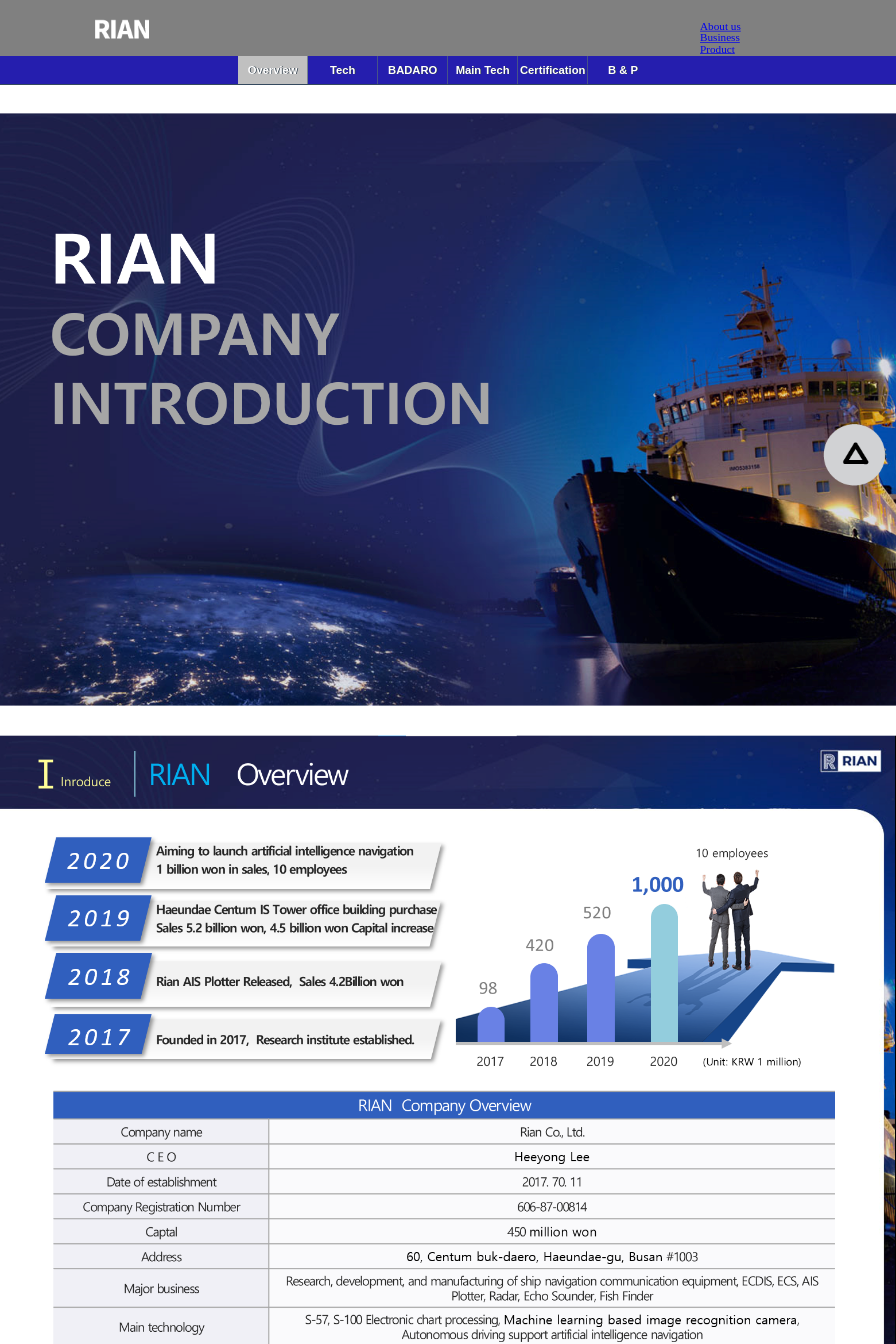
Repository: injeong-in/CompanyWeb
Page: http://localhost/RianWebSite/
These files come from the project's save history. The page is drawn as it stood at one moment and after the next save; the edit follows.
The browser window is 1280 px wide. The pictures show the part of the page from y = 0 to 1920 px (the page is 12163 px tall), at 70% of full size.
The pointer rests on the first visible `nav a`.
The page is served by Tomcat 9. Nobody is signed in. The application's start-up code is not run.

Above is the page before, as saved 2020-12-01 05:59:38.

After the next save:
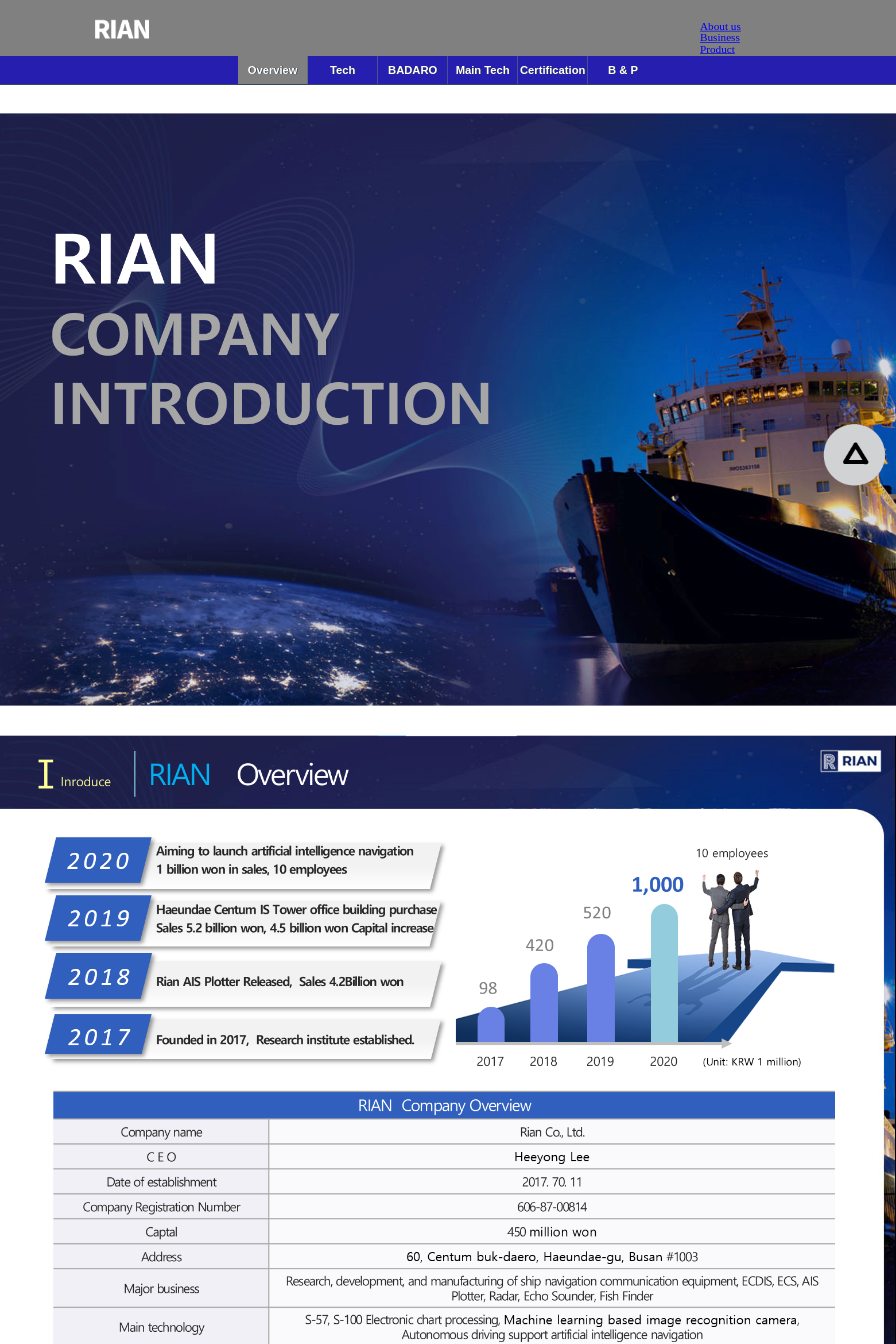
Saved 22 s later.
--- a/RianWebSite/WebContent/css/style.css
+++ b/RianWebSite/WebContent/css/style.css
@@ -111,7 +111,7 @@ nav li:last-child a {
 }
 
 nav a:hover, nav a:active {
-    background-color: rgb(192, 192, 192);
+    background-color: rgb(128, 128, 128);
 }
 
 nav a#trigger {
